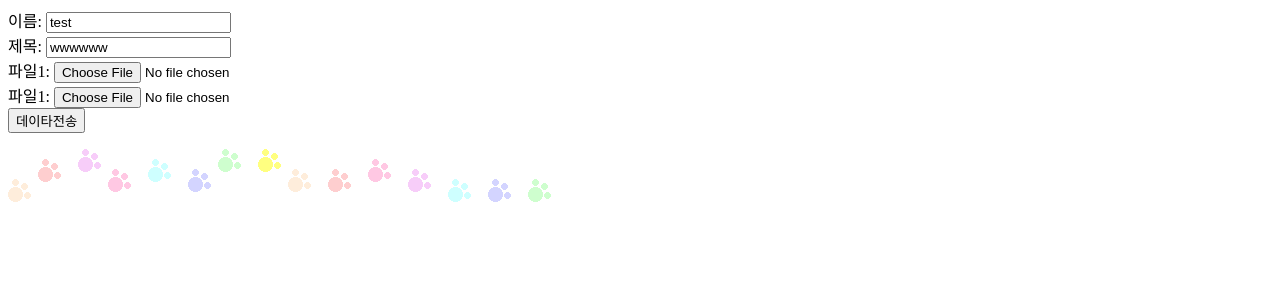
Repository: sorakazae/ITBANK_JSP_101
Page: http://localhost/Web0517/CCC.jsp
An editor plug-in stored every save of this project. The page is shown before and after the next save, followed by the edit.
The browser window is 1280 px wide. The pictures show the whole page.
The page is served by Tomcat 9.

Above is the page before, as saved 2014-05-31 04:54:26.

### day8/my/Web0517/WebContent/CCC.jsp
<%@ page language="java" contentType="text/html; charset=EUC-KR"
    pageEncoding="EUC-KR"%>

<html>
<head>
<title> [CCC.jsp]</title>
</head>
<body>
	<form action="DDD.jsp" method="post" enctype="multipart/form-data">
	 이름: <input type=text name="name" value="test"> <br>
	 제목: <input type=text name="title" value="wwwwww"> <br>
	 <!-- <input type=hidden name="num" value="32"> <br> -->
	 파일1: <input type=file name="file1"> <br>
	 파일1: <input type=file name="file2"> <br>

	 <input type="submit" value="데이타전송">

	</form>

	<p>
	<img src="images/bar.gif">
</body>
</html>

After the next save:
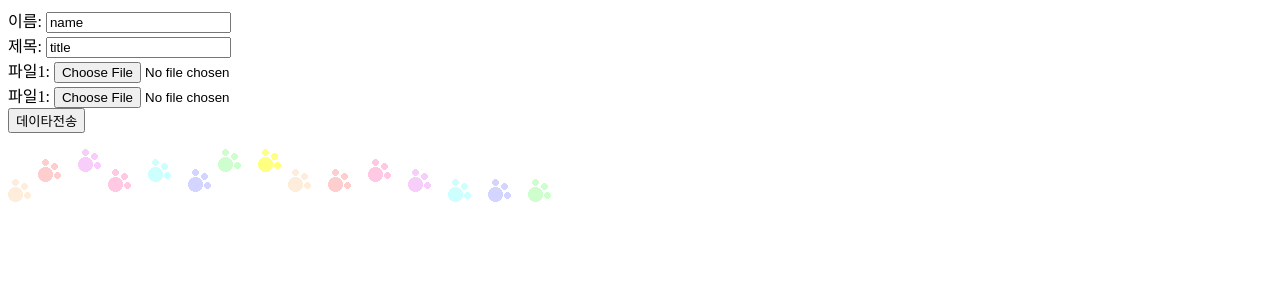
Saved 38 s later.
--- a/day8/my/Web0517/WebContent/CCC.jsp
+++ b/day8/my/Web0517/WebContent/CCC.jsp
@@ -7,8 +7,8 @@
 </head>
 <body>
 	<form action="DDD.jsp" method="post" enctype="multipart/form-data">
-	 이름: <input type=text name="name" value="test"> <br>
-	 제목: <input type=text name="title" value="wwwwww"> <br>
+	 이름: <input type=text name="name" value="name"> <br>
+	 제목: <input type=text name="title" value="title"> <br>
 	 <!-- <input type=hidden name="num" value="32"> <br> -->
 	 파일1: <input type=file name="file1"> <br>
 	 파일1: <input type=file name="file2"> <br>
